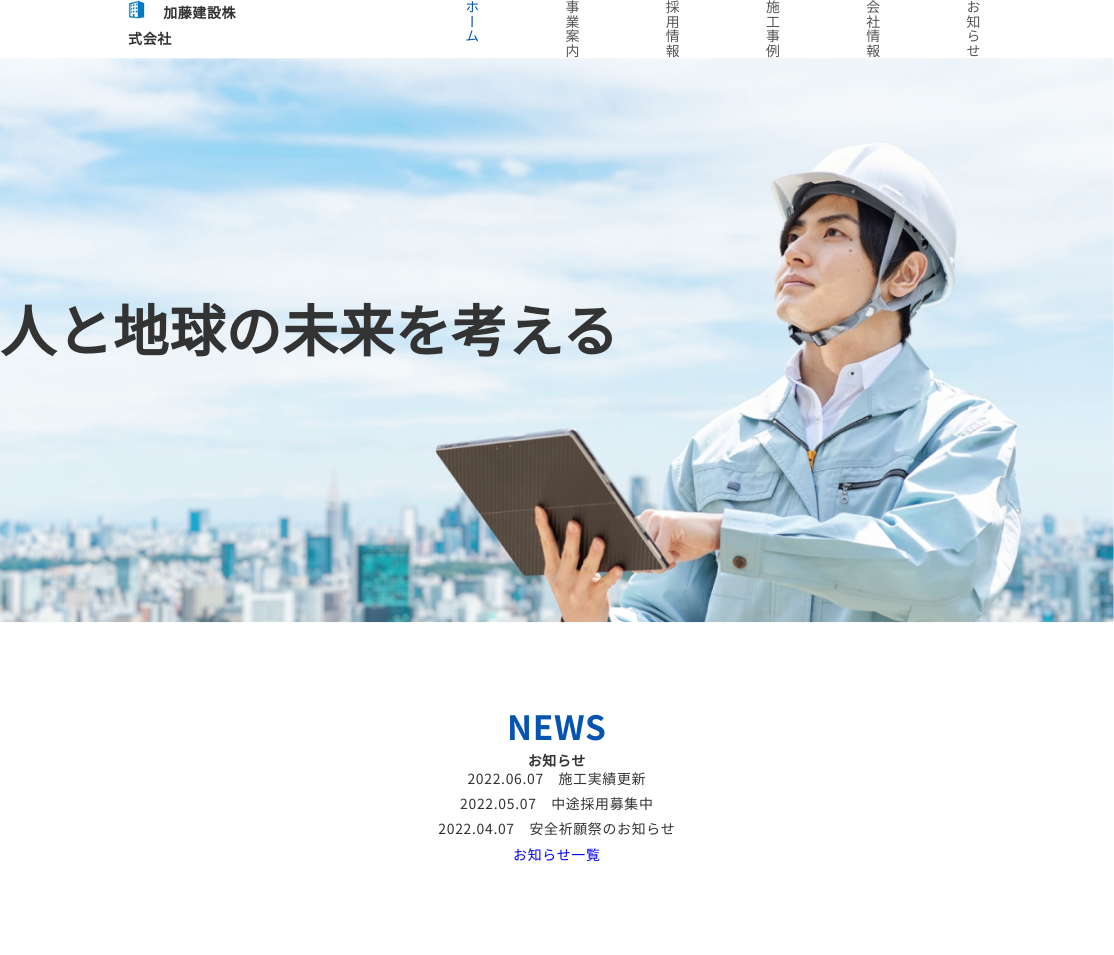
Repository: nozomi-23/hp1_test
Page: index.html
These files come from the project's save history. The page is drawn as it stood at one moment and after the next save; the edit follows.
The browser window is 1280 px wide. The pictures show the whole page, at 87% of full size.

Above is the page before, as saved 2022-06-12 11:04:52.

### index.html
<!DOCTYPE html>
<html lang="ja">
<head>
<meta charset="UTF-8">
<title>加藤建設 株式会社</title>
<meta name="description" content="人と地球の未来を考える 加藤建設 株式会社">
<meta name="keywords" content="建築,土木,インフラ">
<meta name="viewport" content="width=device-width, initial-scale=1.0">
<meta property="og:title" content="建築依頼なら「加藤建設 株式会社」">
<meta property="og:type" content="article">
<meta property="og:url" content="https://withcode-plus.tech">
<meta property="og:image" content="img/logo.png">
<meta property="og:description" content="確かな技術力が自慢、インフラから地域貢献まで加藤建設にお任せ下さい">
<meta property="og:site_name" content="加藤建設 株式会社">
<link rel="icon" href="img/favicon.ico">
<link rel="apple-touch-icon" sizes="180x180" href="img/logo.png">
<link rel="preconnect" href="https://fonts.googleapis.com">
<link rel="preconnect" href="https://fonts.gstatic.com" crossorigin>
<link href="https://fonts.googleapis.com/css2?family=Noto+Sans+JP:wght@400;500;700&family=Noto+Serif+JP&display=swap"
  rel="stylesheet">
<link rel="stylesheet" type="text/css" href="css/reset.css">
<link rel="stylesheet" type="text/css" href="css/common1.css">
<link rel="stylesheet" type="text/css" href="css/index.css">
</head>
<body>
  <!-- =========header -->
  <header>
    <div class="header_wrapper">
      <div class="header_inner">
        <h1 class="header_left">加藤建設株式会社</h1>
        <nav class="header_right" >
          <ul class="header_list">
            <li><a href="#" class="color">ホーム</a></li>
            <li><a href="html/business.html">事業案内</a></li>
            <li><a href="html/recruit.html">採用情報</a></li>
            <li><a href="html/work.html">施工事例</a></li>
            <li><a href="html/company.html">会社情報</a></li>
            <li><a href="html/news.html">お知らせ</a></li>
          </ul>
        </nav>
      </div>
    </div>
  </header>
  <!-- =========main_view -->
  <main>
    <section class="main_wrapper">
      <div class="main_txt">
        <h3>人と地球の未来を考える</h3>
      </div>
    </section>
    <!-- =========news -->
    <section class="news section">
      <div class="news_wrapper">
        <h2 class="title">NEWS<br>
          <small>お知らせ</small></h2>
        <ul>
          <li>2022.06.07&emsp;施工実績更新</li>
          <li>2022.05.07&emsp;中途採用募集中</li>
          <li>2022.04.07&emsp;安全祈願祭のお知らせ</li>
        </ul>
        <div class="btn">
          <a href="html/news.html">お知らせ一覧</a>
        </div>
      </div>
    </section>
  </main>
</body>
</html>

### css/reset.css
@charset "UTF-8";

html,
body,
div,
span,
object,
iframe,
h1,
h2,
h3,
h4,
h5,
h6,
p,
blockquote,
pre,
abbr,
address,
cite,
code,
del,
dfn,
em,
img,
ins,
kbd,
q,
samp,
small,
strong,
sub,
sup,
var,
b,
i,
dl,
dt,
dd,
ol,
ul,
li,
fieldset,
form,
label,
legend,
table,
caption,
tbody,
tfoot,
thead,
tr,
th,
td,
article,
aside,
canvas,
details,
figcaption,
figure,
footer,
header,
hgroup,
menu,
nav,
section,
summary,
time,
mark,
audio,
video {
  margin: 0;
  padding: 0;
  border: 0;
  outline: 0;
  font-size: 100%;
  vertical-align: baseline;
  background: transparent;
}

body {
  line-height: 1;
}

article,
aside,
details,
figcaption,
figure,
footer,
header,
hgroup,
menu,
nav,
section {
  display: block;
}

nav ul {
  list-style: none;
}

blockquote,
q {
  quotes: none;
}

blockquote:before,
blockquote:after,
q:before,
q:after {
  content: '';
  content: none;
}

a {
  margin: 0;
  padding: 0;
  font-size: 100%;
  vertical-align: baseline;
  background: transparent;
}

/* change colours to suit your needs */
ins {
  background-color: #ff9;
  color: #000;
  text-decoration: none;
}

/* change colours to suit your needs */
mark {
  background-color: #ff9;
  color: #000;
  font-style: italic;
  font-weight: bold;
}

del {
  text-decoration: line-through;
}

abbr[title],
dfn[title] {
  border-bottom: 1px dotted;
  cursor: help;
}

table {
  border-collapse: collapse;
  border-spacing: 0;
}

/* change border colour to suit your needs */
hr {
  display: block;
  height: 1px;
  border: 0;
  border-top: 1px solid #cccccc;
  margin: 1em 0;
  padding: 0;
}

input,
select {
  vertical-align: middle;
}

### css/common1.css
@charset "UTF-8";

body {
  color: #333;
  letter-spacing: 0.05em;
  line-height: 1.8;
  font-family: 'Noto Sans JP', sans-serif ,'Noto Serif JP',
  serif;
}
li {
  list-style: none;
}

a {
  text-decoration: none;
}
.section {
  margin: 8% 0;
}


/* タイトル */
.title {
  color: #0554B0;
  font-weight: bold;
  font-size: 2.4rem;
  line-height: 0.8;
}
.news_wrapper small {
  font-size: 1rem;
  color: #333;
}

### css/index.css
@charset "UTF-8";

/* =================
header
===================*/
.header_wrapper {
  display: flex;
  justify-content: center;
}
.header_inner {
  width: 77%;
  display: flex;
  justify-content: space-between;

}
.header_list {
  display: table;
}
.header_list li {
  display: table-cell;
  writing-mode: vertical-rl;
}
.header_list li a {
  color: #555;
}
.header_list li a:hover {
  opacity: 0.5;
}
.header_list li a.color {
  color: #0554B0;
}

.header_left::before {
  content: "";
  background: url(../img/name_icon.png) no-repeat ;
  background-size: contain;
  width: 30%;
  height: 30%;
  z-index: 1;
  display: inline-block;
}

/* =================
main_view
===================*/
.main_wrapper {
  background: url(../img/top_img.png)no-repeat center;
  background-size: cover;
  width: 100%;
  height: 90vh;
}
.main_txt {
  font-size: 4rem;
  font-weight: normal;
  font-family: 'Noto Serif JP';
  position: relative;
  top: 40%;
}
/* =================
news
===================*/
.news {
  text-align: center;
}
.news_wrapper {
  padding: ;
  margin-bottom: 1rem;
}

After the next save:
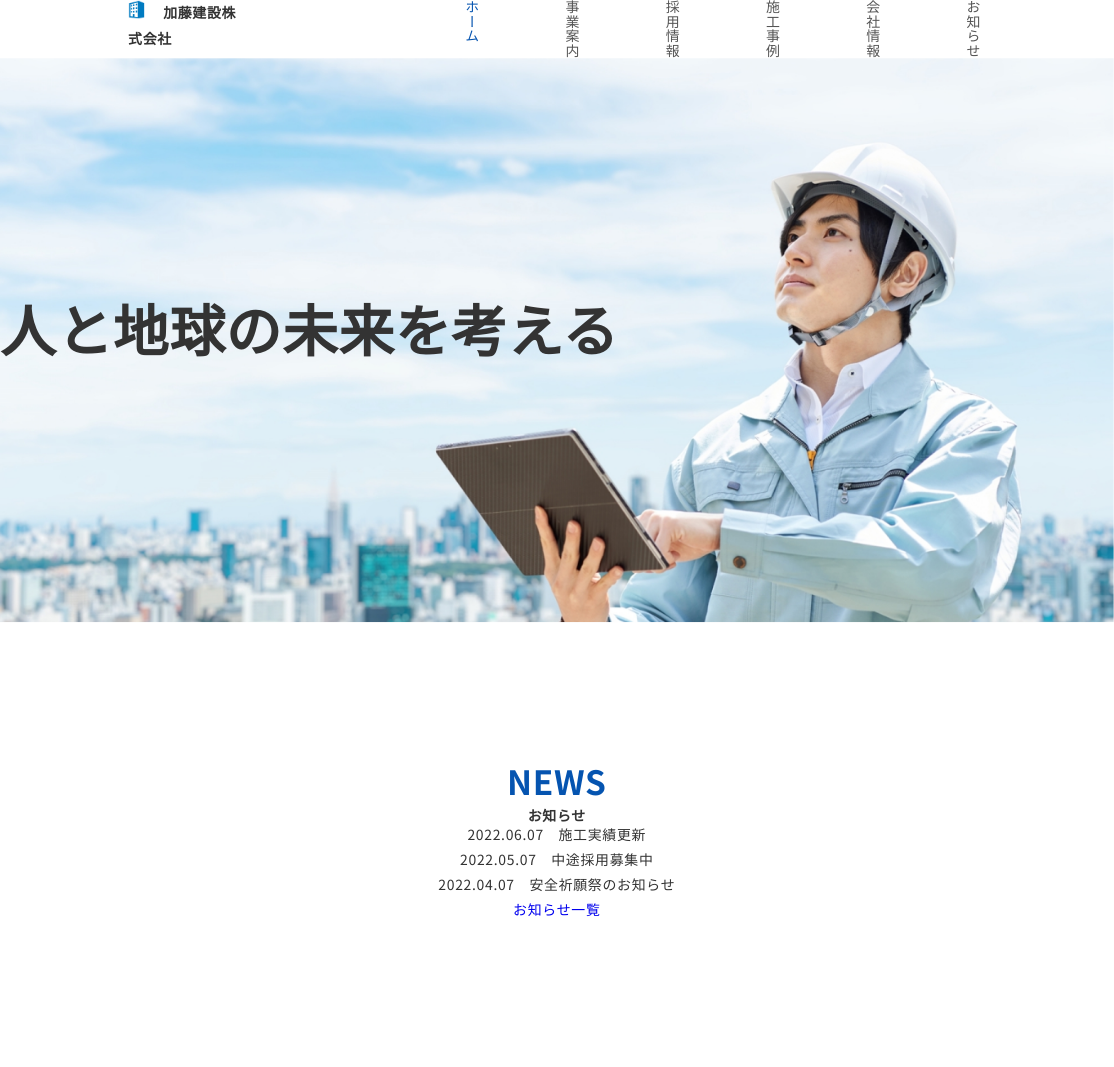
Saved 4 s later.
--- a/css/index.css
+++ b/css/index.css
@@ -63,6 +63,6 @@ news
   text-align: center;
 }
 .news_wrapper {
-  padding: ;
+  padding: 5%;
   margin-bottom: 1rem;
 }
